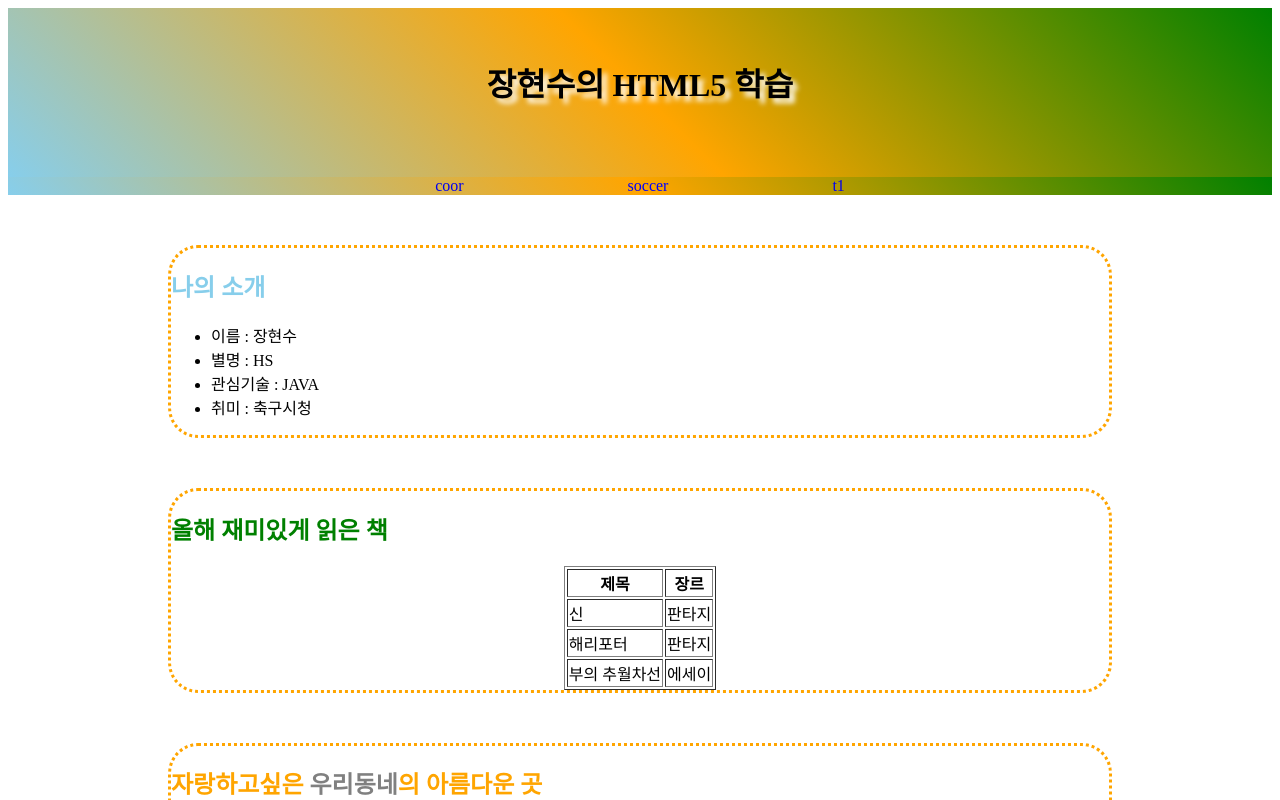
Repository: jhsnex123/web_study
Page: edu/src/main/webapp/cssexam/homework2.html
These files come from the project's save history. The page is drawn as it stood at one moment and after the next save; the edit follows.
The browser window is 1280 px wide. The pictures show the part of the page from y = 0 to 800 px (the page is 1581 px tall).
A picture or video elsewhere on the page could not be fetched, so the positions and the page height are approximate.

Above is the page before, as saved 2024-09-19 08:53:24.

### edu/src/main/webapp/cssexam/homework2.html
<!DOCTYPE html>
<html>
<head>
<meta charset="UTF-8">
<title>Insert title here</title>
<style>

header{

text-align:center;
margin-right: auto;
 margin-left: auto;
padding-top : 30px;
padding-bottom : 50px;
text-shadow : 5px 5px 5px white;
background-image : linear-gradient(45deg, skyblue, orange, green);
}
a{
text-decoration-line: none;
margin-right: 80px;
margin-left: 80px;
}
nav{
text-align:center;
background-image : linear-gradient(45deg, skyblue, orange, green);
}

#a1 > h2 {
color : skyblue;
 }

#a1{
border : 3px dotted orange;
margin-top : 50px;
margin-left: 160px;
margin-right: 160px;
border-radius : 30px;
}

#a2 > h2 {
color : green;
 }

#a2{
border : 3px dotted orange;
margin-top : 50px;
margin-left: 160px;
margin-right: 160px;
border-radius : 30px;
}

table,td,th{
margin-left: auto;
margin-right: auto;

}


#a3 > h2 {
color : orange;
 }

#a3{

border : 3px dotted orange;
margin-top : 50px;
margin-left: 160px;
margin-right: 160px;
border-radius : 30px;
}

figure{
text-align:center;
}

img:hover {
opacity : 0.5; /* 0.0~1.0(완전불투명)     */
 width : 30%;
transition : width 2s;
}


 aside{

 	margin-top : 50px;
	text-align:center;


}
footer {
width : 100%;
height : 50px;
clear : both;
background-color : lightgray;
text-align:center;
}



</style>
</head>
<body>
<header>
<h1>장현수의 HTML5 학습</h1>
</header>
<nav>
<a href="https://coor.kr/">coor</a>
<a href="https://www.bbc.com/korean/topics/c404vn7y65gt"> <span style="color:blue">soccer</span></a>
<a href="https://www.t1.gg/">t1</a>
</nav>
<section>
<article id = a1>
<h2>나의 소개</h2>
<ul>
<li >이름 : 장현수</li>
<li>별명 : HS</li>
<li>관심기술 : JAVA</li>
<li>취미 : 축구시청</li>
</ul>
</article>
<article id = a2>
<h2>올해 재미있게 읽은 책</h2>
<table border="1">
	<tr><th>제목</th><th>장르</th></tr>
	<tr><td>신</td><td>판타지</td></tr>
	<tr><td>해리포터</td><td>판타지</td></tr>
	<tr><td>부의 추월차선</td><td>에세이</td></tr>
</table>
</article>
<article id = a3>
<h2>자랑하고싶은 <span style="color:gray">우리동네</span>의 아름다운 곳</h2>
<figure>
<img src="http://www.idojung.com/news/photo/201612/201612_8398.jpg" width="200">
    <figcaption>백운호수는 흰구름이 많다는 백운산의 뜻을 빌려 1953년 만들어진 인공호수다.
    			산책로에서도 호수의 다양한 물고기들을 쉽게 찾아볼 수 있는 데다가, 겨울철에도 탄탄한 나무 데크길을 따라 편하게 걸을 수 있다.
    			백운호수 일대는 맛집이 많은 곳으로 유명하다. 백운호수 뷰를 만끽할 수 있는 음식점부터 베이커리 전문점, 커피숍까지 있어 생태탐방로를 따라 걷다 출출할때 식사와 차를 즐길수 있다.
    			</figcaption>

   </figure>
   </article>
   </section>
   <aside>
   <iframe width="677" height="400" src="https://www.youtube.com/embed/3WgnwPLsmag" title="YouTube video player"></iframe>
   </aside>
   <footer>
   <em>이 문서는 장 현수에 의해 HTML5 와 CSS3 기술을 사용하여 2024 9월 12일에 작성하셨습니다.(ver 1.0)</em>
   </footer>
</body>
</html>

After the next save:
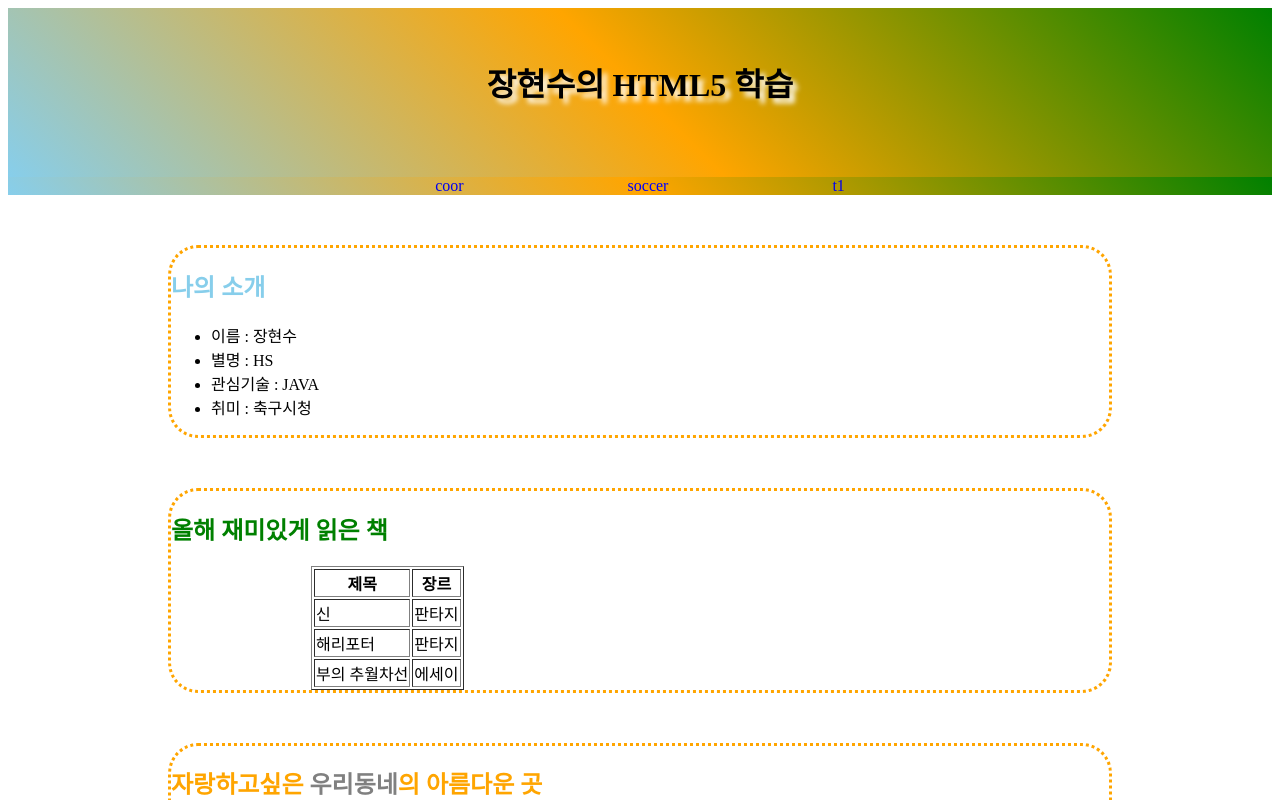
Saved 25 s later.
--- a/edu/src/main/webapp/cssexam/homework2.html
+++ b/edu/src/main/webapp/cssexam/homework2.html
@@ -50,8 +50,8 @@ border-radius : 30px;
 }
 
 table,td,th{
-margin-left: auto;
-margin-right: auto;
+margin-left: 140px;
+margin-right: 140px;
 
 }
 
